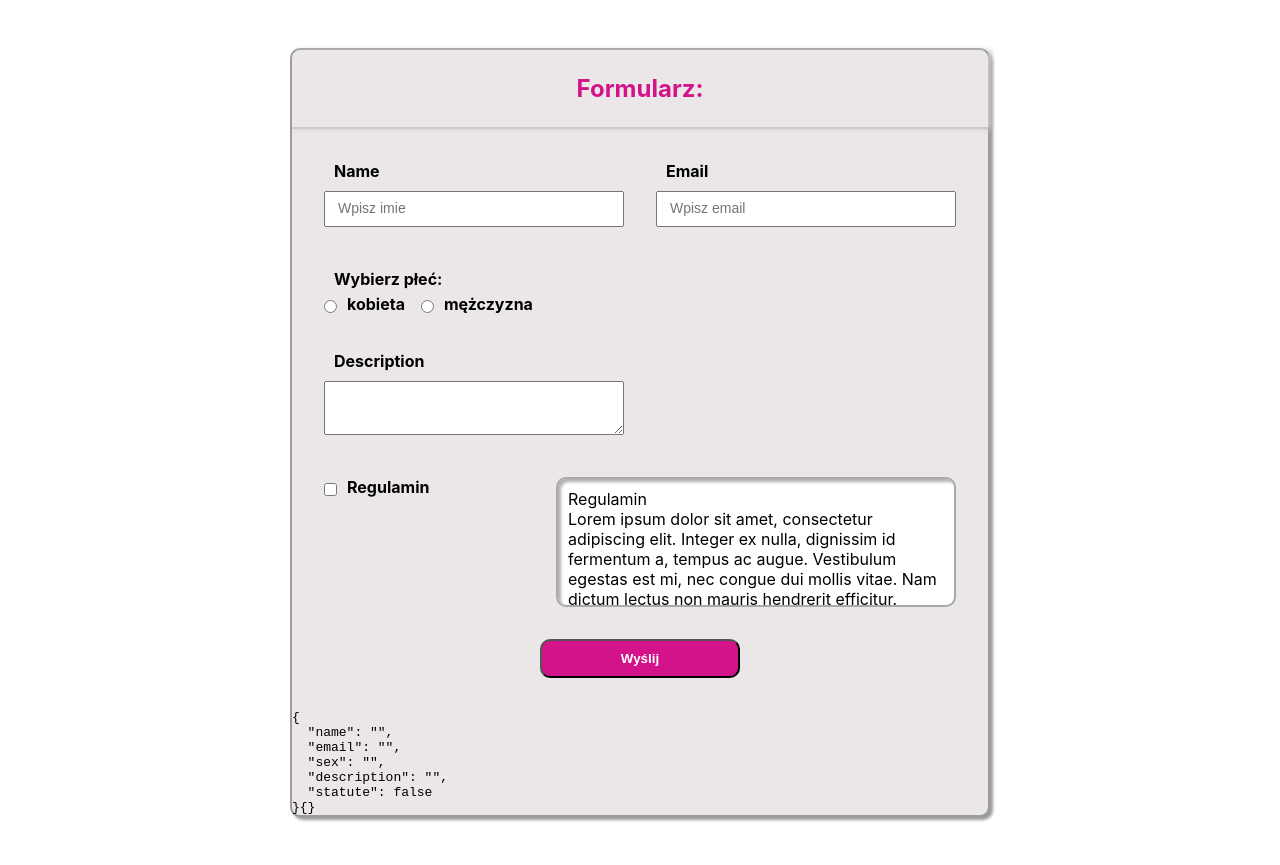
Repository: KrzysKolo/sr_tydzien4_zad3
Page: /
The author's editor kept a copy of each file at every save. The page is drawn from the files as they stood at one save, then again after the next save.
The browser window is 1280 px wide. The pictures show the whole page.
The project was rebuilt for these pictures with package versions that can differ from the ones it lists, and the page was loaded fresh each time. Also part of the build but not shown: src/components/FormComponents/TextError.js.

Above is the page before, as saved 2020-11-19 14:30:54.

### src/App.js
import React from 'react';
import './App.css';
import FormikContainer from './components/Formik/FormikContainer';
import Header from './components/Header';
const App = () => {
  return (
    <main className="App">
      <Header />
      <FormikContainer />
    </main>
   );
}

export default App;

### src/App.css
* {
  margin: 0;
  padding: 0;
  box-sizing: border-box;
}
.App {
  margin: 3rem auto;
  width: 700px;
  background-color: rgb(235, 231, 232);
  border: 2px solid rgb(155, 155, 155);
  border-radius: 10px;
  box-shadow: 3px 3px 3px rgb(155, 155, 155);
}
.section {
  display: flex;
  flex-direction: row;
  margin: 2rem 2rem;
  justify-content: space-between;
}
label {
  font-weight: bold;
  display: flex;
  margin-bottom: 5px;
  margin-left: 10px;
}
input[type="text"],
input[type="email"],
textarea {
  display: block;
  width: 300px;
  padding: 6px 12px;
  font-size: 14px;
  line-height: 1.4285;
  color: #555;
  margin: 10px 0;
}
.error {
  color: red;
}
.row {
  display: flex;
  flex-direction: row;
  align-items: center;
  margin-right: 1rem;
}
.statute {
  border: 2px solid rgb(170, 169, 169);
  border-radius: 10px;
  box-shadow: inset 3px 3px 3px rgb(181, 177, 178);
  background: #ffffff;
  height: 130px;
  width: 400px;
  padding: 10px;
  overflow: auto;
}
.btn-send {
  background-color: rgba(211, 19, 137, 1);
  border-radius: 10px;
  color: white;
  cursor: pointer;
  font-weight: bold;
  margin: 0 auto;
  padding: 10px;
  width: 200px;
  transition: all 0.3s ease-in-out;
}
.btn-send:hover {
  background-color: rgba(211, 19, 137, 0.5);
}
.header {
  color: rgba(211, 19, 137, 1);
  margin: 0 auto;
  text-align: center;
  font-weight: bold;
  border-bottom: 2px solid rgb(204, 201, 204);
  padding: 1.5rem;
  box-shadow: 3px 0 5px rgb(204, 201, 204);
}

### src/components/Formik/FormikContainer.js
import React from 'react';
import { Formik, Form } from 'formik';
import * as yup from 'yup';
import FormikControl from './FormikControl';
import RadioOptions from './../../data/RadioOptions';

const FormikContainer = () => {
    const initialValues = {
        name: '',
        email: '',
        sex: '',
        description: '',
        statute: false,
    }

    const validationSchema = yup.object({
        name: yup.string().required("Imię jest obowiązkowe!").min(2,"Twóje imię musi mieć więcej niż 2 znaki!").max(30,'Twoje imię może mieć maxymalnie 30 znaków!'),
        email: yup.string().required("Email jest wymagany!").email("Adres zawiera błędy"),
        sex: yup.string().required('Zaznacz jedną wartość!'),
        description: yup.string().required('Wpisz kilka słów!').min(2, "Wpisz co najmniej 2 znaki").max(100, "Możesz wpisać max. 250 znaków"),
        statute: yup.boolean().required().oneOf([true], 'Musisz zaznaczyć regulamin!'),
    });

    const onSubmit = values => {console.log('Form data: ', values)};
    return (
        <Formik
            initialValues={initialValues}
            validationSchema={validationSchema}
            onSubmit={onSubmit}
        >
            { ({formik, values, errors}) => (
                <Form className="form-wrapper">
                    <section className="section">
                        <FormikControl control='input' type='text' label='Name' name='name' placeholder="Wpisz imie"/>
                        <FormikControl control='input' type='email' label='Email' name='email' placeholder="Wpisz email"/>
                    </section>
                    <section className="section">
                        <FormikControl control='radio' label='Wybierz płeć: ' name='sex' options={RadioOptions}/>
                    </section>
                    <section className="section">
                        <FormikControl control='textarea' label='Description' name='description'/>
                    </section>
                    <section className="section">
                        <FormikControl control='checkbox' label='Regulamin' name='statute'/>
                        <div className="statute">
                            Regulamin<br/>
                            <p>Lorem ipsum dolor sit amet, consectetur adipiscing elit. Integer ex nulla, dignissim id fermentum a, tempus ac augue. Vestibulum egestas est mi, nec congue dui mollis vitae. Nam dictum lectus non mauris hendrerit efficitur. Donec imperdiet nec nibh et interdum. Fusce ornare consequat sapien. Pellentesque rhoncus tempor vulputate. Aliquam eu diam laoreet, tincidunt nulla ut, dignissim turpis. Aliquam est ante, luctus sed felis et, iaculis sollicitudin tellus. Cras congue tincidunt viverra. Sed vestibulum faucibus lacus, eu dictum lorem porta id. Praesent a placerat ligula. Vestibulum faucibus ornare erat, id elementum est vehicula eu. Nunc pulvinar dolor lacus. Vestibulum dapibus efficitur orci, ac rhoncus augue auctor ut.</p>
                        </div>
                    </section>
                    <section className="section">
                         <button className="btn-send" type="submit">Wyślij</button>
                    </section>
                    <pre>
                        {JSON.stringify(values, null, 2)}
                        {JSON.stringify(errors, null, 2)}

                    </pre>

                </Form>
            )

            }

        </Formik>
    )
}
export default FormikContainer;

### src/components/Header.js
import React from 'react';
const Header = () => {
    return (
        <section className="header">
            <h2>Formularz: </h2>
        </section>
     );
}

export default Header;

### src/components/Formik/FormikControl.js
import { Input, Radio, Checkbox, TextArea } from './../FormComponents/';


const FormikControl = (props) => {
    const { control, ...rest } = props;
    switch(control) {
        case 'input': return <Input {...rest} />
        case 'radio': return <Radio {...rest} />
        case 'textarea': return <TextArea {...rest} />
        case 'checkbox': return <Checkbox {...rest} />
        default: return null
    }
}

export default FormikControl;

### src/data/RadioOptions.js
const RadioOptions=[
    { id: 0, value: "kobieta", label: 'kobieta' },
    { id: 1, value: "mężczyzna", label: 'mężczyzna' },
   ];
export default RadioOptions;

### src/components/FormComponents/index.js
export { default as Input } from "./Input";
export { default as Radio } from "./Radio";
export { default as Checkbox } from "./Checkbox";
export { default as TextArea } from "./TextArea";

### src/components/FormComponents/Input.js
import React from 'react';
import{ Field, ErrorMessage } from 'formik';
import TextError from './TextError';

const Input = (props) => {
    const { label, name, ...rest } = props;
    return (
        <div className="form-control">
             <label htmlFor={name}>{label}</label>
            <Field id={name} name={name} {...rest} />
            <ErrorMessage name={name} component={TextError} />
        </div>
     );
}

export default Input;

### src/components/FormComponents/Radio.js
import React from 'react';
import{ Field, ErrorMessage } from 'formik';
import TextError from './TextError';

const Radio = (props) => {
    const { label, name, options, ...rest } = props;
    return (
        <div className="form-control">
            <label htmlFor={name}>{label}</label>
            <div className="row">
                <Field name={name} {...rest}>
                    {
                    ({ field }) => {
                        return options.map(option => {
                            return (
                                <div className="row" key={option.id} >
                                    <input type='radio' id={option.id} {...field} value={option.value} checked={field.value === option.value}/>
                                    <label htmlFor={option.id}>{option.label}</label>
                                </div>
                            )
                        })
                    }
                    }
                </Field>
            </div>
            <ErrorMessage name={name} component={TextError} />
        </div>
     );
}

export default Radio;

### src/components/FormComponents/Checkbox.js
import React from 'react';
import{ Field, ErrorMessage } from 'formik';
import TextError from './TextError';

const Checkbox = (props) => {
    const { label, name, ...rest } = props;
    return (
        <div className="form-control">
            <div className="row">
                <Field type='checkbox' id={name} name="statute" {...rest}/>
                <label htmlFor={name}>{label}</label>
            </div>
            <ErrorMessage name={name} component={TextError} />
        </div>
     );
}

export default Checkbox;

### src/components/FormComponents/TextArea.js
import React from 'react';
import{ Field, ErrorMessage } from 'formik';
import TextError from './TextError';

const TextArea = (props) => {
    const { label, name, ...rest } = props;
    return (
        <div className="form-control">
            <label htmlFor={name}>{label}</label>
            <Field as ='textarea' id={name} name={name} {...rest} />
            <ErrorMessage name={name} component={TextError} />
        </div>
     );
}

export default TextArea;

Loaded but not shown: public/index.html (common file); src/index.js (common file); src/index.css (common file)

After the next save:
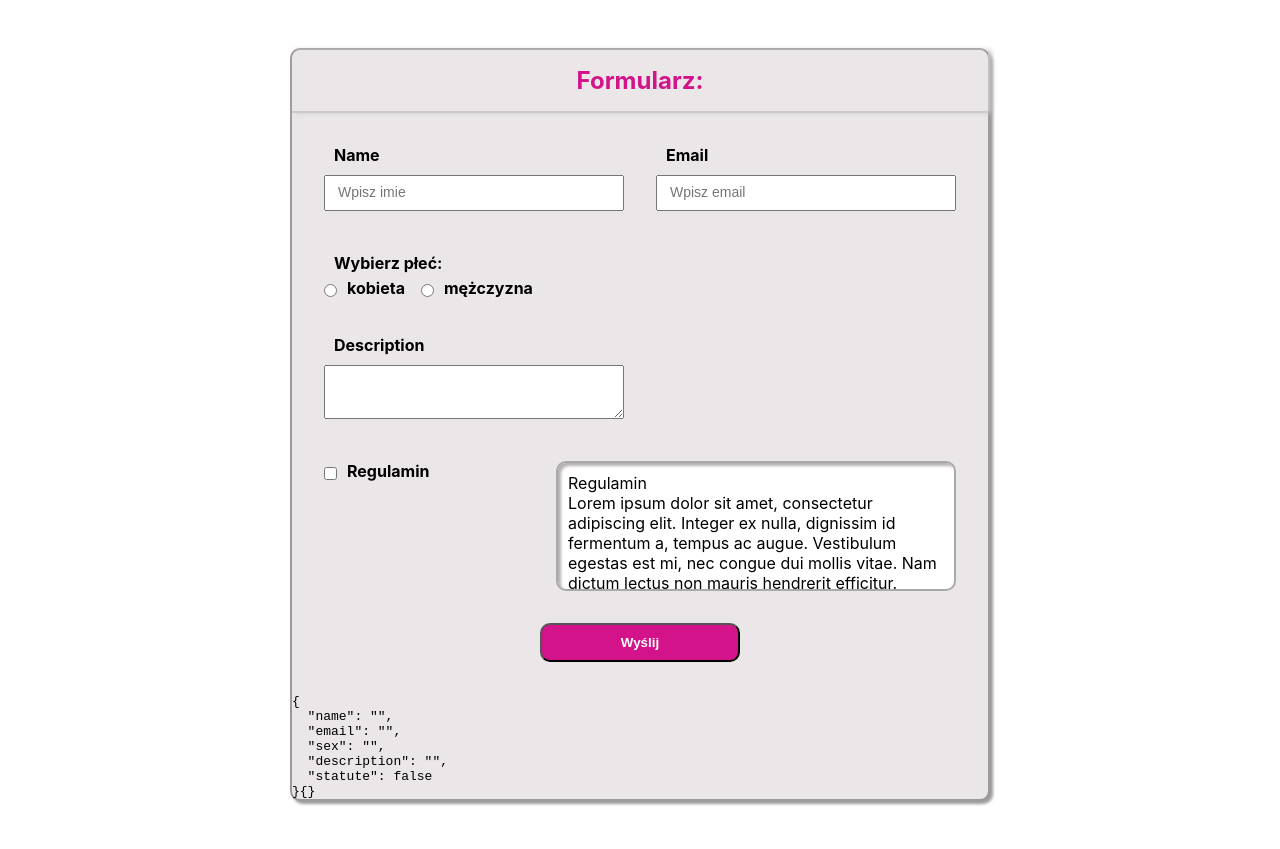
Saved 11 s later.
--- a/src/App.css
+++ b/src/App.css
@@ -73,6 +73,6 @@ textarea {
   text-align: center;
   font-weight: bold;
   border-bottom: 2px solid rgb(204, 201, 204);
-  padding: 1.5rem;
+  padding: 1rem;
   box-shadow: 3px 0 5px rgb(204, 201, 204);
 }
